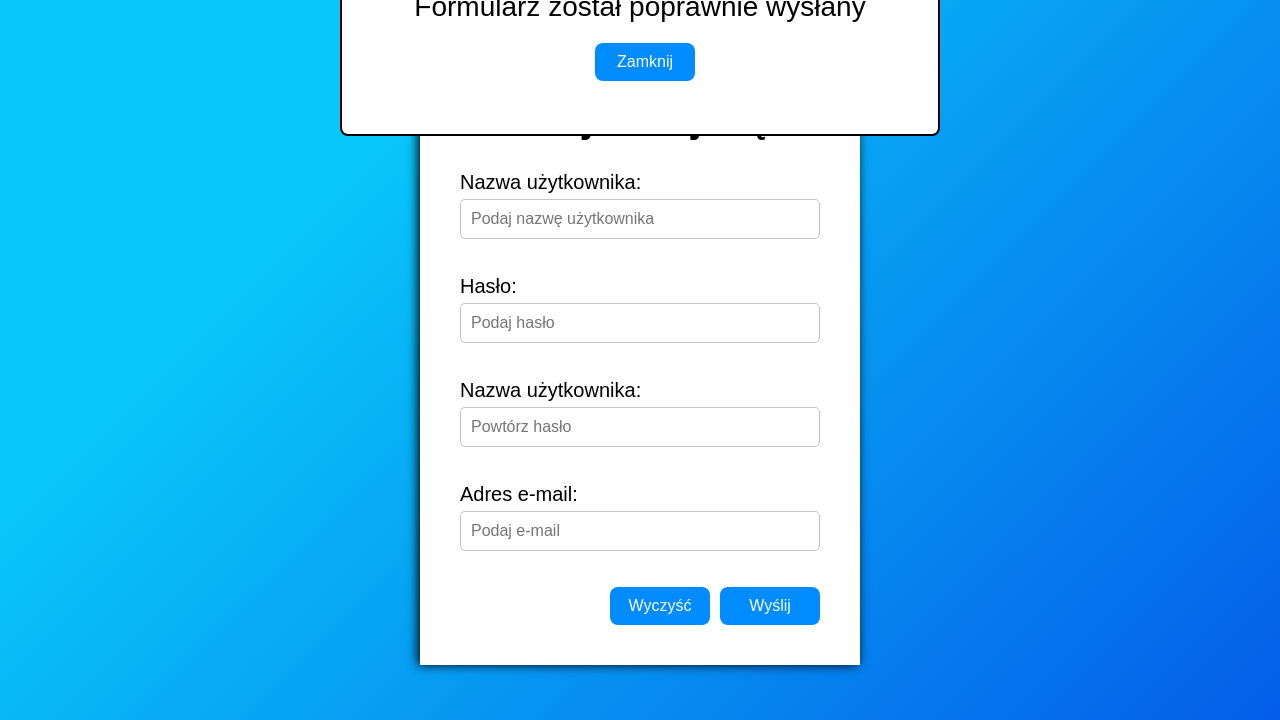
Repository: KrzysKolo/Projekt-3_Formularz-rejestracyjny
Page: index.html
An editor plug-in stored every save of this project. The page is shown before and after the next save, followed by the edit.
The browser window is 1280 px wide. The pictures show the whole page.
Some web fonts or font styles are not loaded; a fallback is used.

Above is the page before, as saved 2020-07-04 03:48:38.

### index.html
<!DOCTYPE html>
<html lang="en">
  <head>
    <meta charset="UTF-8" />
    <meta name="viewport" content="width=device-width, initial-scale=1.0" />
    <title>Projekt 3 - Logowanie</title>
    <link
      href="https://fonts.googleapis.com/css2?family=Aldrich&family=Overpass+Mono:wght@300&display=swap"
      rel="stylesheet"
    />
    <link rel="stylesheet" href="./css/style.css" />
  </head>
  <body>
    <main class="wrapper">
      <form class="form">
        <h1>Zarejestruj się!</h1>
        <div class="form-box">
          <label for="username">Nazwa użytkownika: </label>
          <input
            type="text"
            id="username"
            placeholder="Podaj nazwę użytkownika"
          />
          <p class="error-text">error</p>
        </div>

        <div class="form-box">
          <label for="password">Hasło: </label>
          <input type="password" id="password" placeholder="Podaj hasło" />
          <p class="error-text">error</p>
        </div>

        <div class="form-box">
          <label for="password2">Nazwa użytkownika: </label>
          <input type="password" id="password2" placeholder="Powtórz hasło" />
          <p class="error-text">error</p>
        </div>

        <div class="form-box">
          <label for="email">Adres e-mail: </label>
          <input type="email" id="email" placeholder="Podaj e-mail" />
          <p class="error-text">error</p>
        </div>

        <div class="control-button">
          <button class="clear">Wyczyść</button>
          <button class="send">Wyślij</button>
        </div>

        <div class="popup">
          <p>Formularz został poprawnie wysłany</p>
          <button class="close">Zamknij</button>
        </div>
      </form>
    </main>
  </body>
</html>

### css/style.css
* {
  box-sizing: border-box;
  margin: 0;
  padding: 0;
}
body {
  display: flex;
  justify-content: center;
  align-items: center;
  min-height: 100vh;
  font-family: "Aldrich", sans-serif;
  background-image: linear-gradient(315deg, #045de9 0%, #09c6f9 74%);
}
.wrapper {
  width: 440px;
  background-color: #fff;
  box-shadow: -2px 0 10px #000;
}
.form {
  padding: 40px;
  font-size: 20px;
}
h1 {
  margin-bottom: 30px;
  text-align: center;
}
.form-box {
  margin-bottom: 15px;
}
.form-box label {
  display: inline-block;
  margin-bottom: 5px;
}
.form-box input {
  width: 100%;
  padding: 10px;
  font-size: 16px;
  border: 1px solid rgb(197, 197, 197);
  border-radius: 5px;
}
.form-box.error input {
  border: 1px solid rgb(0, 117, 250);
  background-color: 1px solid rgba(0, 117, 250, 0.1);
}
.form-box .error-text {
  margin: 5px 0 0 10px;
  font-size: 14px;
  color: 1px solid rgb(0, 117, 250);
  font-family: "Overpass Mono", monospace;
  visibility: hidden;
}
.form-box.error .error-text {
  visibility: visible;
}
.control-button {
  display: flex;
  flex-direction: row;
  justify-content: flex-end;
}
.send,
.clear,
.close {
  display: inline-block;
  padding: 10px 0;
  margin-left: 10px;
  width: 100px;
  font-size: 16px;
  background-color: rgb(0, 140, 255);
  color: #fff;
  border: none;
  border-radius: 8px;
  cursor: pointer;
  transition: background-color 0.3s;
}
.send:hover,
.clear:hover,
.close:hover {
  background-color: rgb(0, 107, 194);
}
.popup {
  display: flex;
  justify-content: center;
  align-items: center;
  flex-direction: column;
  position: absolute;
  top: 5%;
  left: 50%;
  transform: translate(-50%, -50%);
  width: 600px;
  height: 200px;
  background-color: #fff;
  border-radius: 8px;
  border: 2px solid black;
}
.popup p {
  font-size: 28px;
}

.popup .close {
  margin-top: 20px;
}

After the next save:
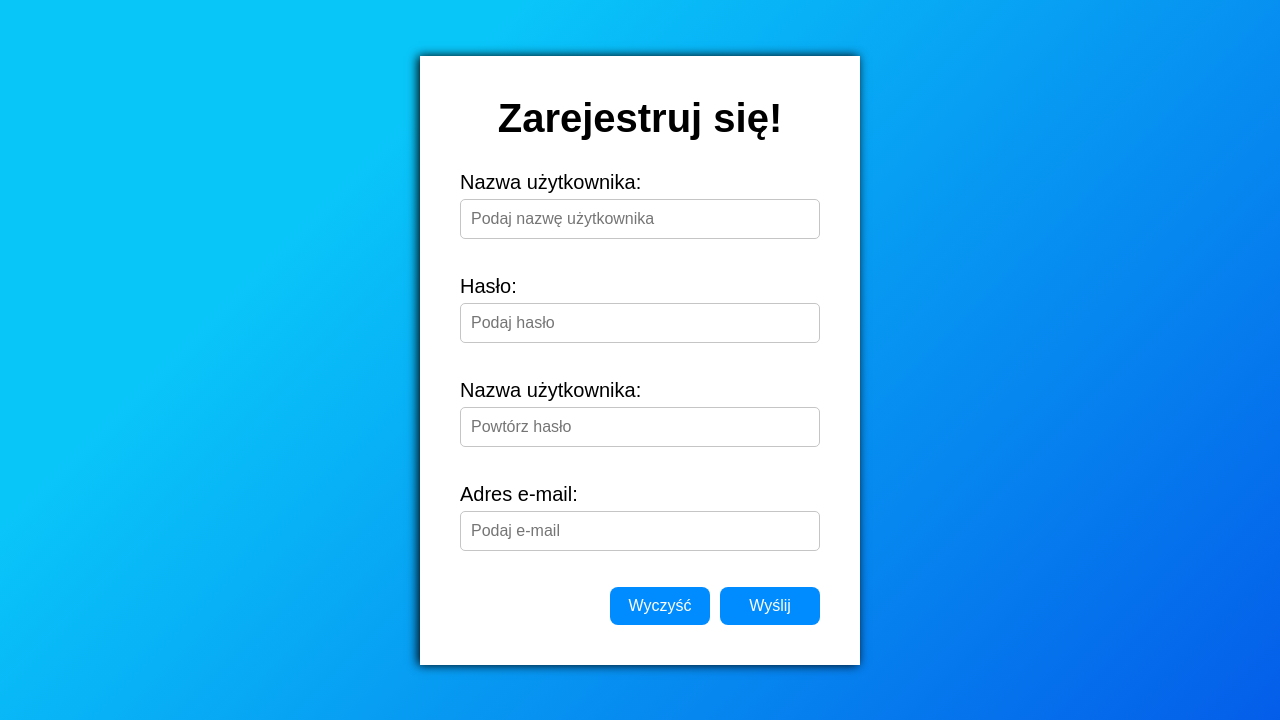
Saved 46 s later.
--- a/css/style.css
+++ b/css/style.css
@@ -83,7 +83,7 @@ h1 {
   align-items: center;
   flex-direction: column;
   position: absolute;
-  top: 5%;
+  top: -300px;
   left: 50%;
   transform: translate(-50%, -50%);
   width: 600px;
